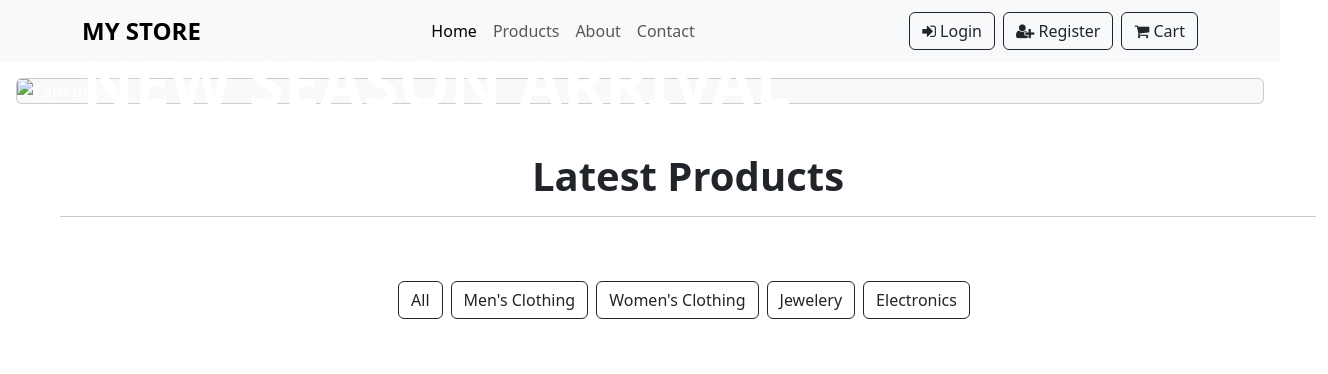
Repository: asad3407886839/E-commerce-Store
Page: /products (app in vite-project/)
The author's editor kept a copy of each file at every save. The page is drawn from the files as they stood at one save, then again after the next save.
The browser window is 1280 px wide. The page is 1328 px wide, then 1280 px, so the pictures cover 1328 px, including what lies to the right of the window. The pictures show the whole page.
The page's requests for data from a server got no answer. The project was rebuilt for these pictures with package versions that can differ from the ones it lists, and the page was loaded fresh each time. No one was signed in, and anything a server would have sent is missing. Also part of the build but not shown: vite-project/vite.config.js, vite-project/src/index.css.

Above is the page before, as saved 2024-06-29 19:49:02.

### vite-project/src/main.jsx
import React from 'react';
import ReactDOM from 'react-dom/client';
import App from './App.jsx';
import './index.css';
import 'bootstrap/dist/css/bootstrap.min.css';
import 'bootstrap/dist/js/bootstrap.bundle';
import 'font-awesome/css/font-awesome.min.css';

ReactDOM.createRoot(document.getElementById('root')).render(

    <App />
);

### vite-project/src/App.jsx
import React from 'react';
import Navbar from './components/Navbar';
import Home from './components/Home';
import Products from './components/Products';
// import { BrowserRouter, Routes, Route } from 'react-router-dom';

const App = () => {
  return (
    <div>
      <Navbar />
      <Home />
      <Products />
    </div>
  );
};

export default App;

### vite-project/src/components/Navbar.jsx
import React from 'react';

const Navbar = () => {
  return (
    <div>
      <nav className="navbar navbar-expand-lg navbar-light bg-light">
        <div className="container">
          <a className="navbar-brand fw-bold fs-4" href="/">MY STORE</a>
          <button
            className="navbar-toggler"
            type="button"
            data-bs-toggle="collapse"
            data-bs-target="#navbarSupportedContent"
            aria-controls="navbarSupportedContent"
            aria-expanded="false"
            aria-label="Toggle navigation"
          >
            <span className="navbar-toggler-icon"></span>
          </button>
          <div className="collapse navbar-collapse" id="navbarSupportedContent">
            <ul className="navbar-nav mx-auto mb-2 mb-lg-0">
              <li className="nav-item">
                <a className="nav-link active" aria-current="page" href="/">Home</a>
              </li>
              <li className="nav-item">
                <a className="nav-link" href="/products">Products</a>
              </li>
              <li className="nav-item">
                <a className="nav-link" href="/about">About</a>
              </li>
              <li className="nav-item">
                <a className="nav-link" href="/contact">Contact</a>
              </li>
            </ul>
            <div className="buttons">
              <a href="/login" className="btn btn-outline-dark">
                <i className="fa fa-sign-in"></i> Login
              </a>
              <a href="/register" className="btn btn-outline-dark ms-2">
                <i className="fa fa-user-plus"></i> Register
              </a>
              <a href="/cart" className="btn btn-outline-dark ms-2">
                <i className="fa fa-shopping-cart"></i> Cart
              </a>
            </div>
          </div>
        </div>
      </nav>
    </div>
  );
};

export default Navbar;

### vite-project/src/components/Home.jsx
import React from 'react';

const Home = () => {
  return (
    <div className="hero">
       <div className="card text-white bg-light position-relative m-3" >
       <img
          src="https://avatars.mds.yandex.net/i?id=39f40d791f1f7c86e921481b05da4f674ca95710-12803937-images-thumbs&n=13"
          className="card-img"
          alt="Card Image"
          style={{ maxHeight: '650px', width: 'auto' }}
        />
        <div className="card-img-overlay d-flex align-items-center justify-content-start">
          <div className="container text-start">
            <h5 className="card-title display-3 fw-bold mb-0 text-white">NEW SEASON ARRIVAL</h5>
            <p className="card-text text-uppercase text-white">Check Out All Trends</p>
          </div>
        </div>
      </div>
    </div>
  );
};

export default Home;

### vite-project/src/components/Products.jsx
import React, { useState, useEffect } from 'react';

const Products = () => {
  const [data, setData] = useState([]);
  const [loading, setLoading] = useState(false);

  useEffect(() => {
    let componentMounted = true;
    const fetchProducts = async () => {
      setLoading(true);
      try {
        const response = await fetch('https://fakestoreapi.com/products');
        const result = await response.json();
        if (componentMounted) {
          setData(result);
          setLoading(false);
        }
      } catch (error) {
        console.error("Error fetching data:", error);
        setLoading(false);
      }
    };

    fetchProducts();

    return () => {
      componentMounted = false;
    };
  }, []);

  if (loading) {
    return <div>Loading...</div>;
  }

  const showProducts = () => {
    return (
      <>
        <div className="buttons d-flex justify-content-center mb-5 pb-5">
          <button className="btn btn-outline-dark me-2" onClick={() => setData(data)}>All</button>
          <button className="btn btn-outline-dark me-2" onClick={() => setData(data.filter(product => product.category === "men's clothing"))}>Men's Clothing</button>
          <button className="btn btn-outline-dark me-2" onClick={() => setData(data.filter(product => product.category === "women's clothing"))}>Women's Clothing</button>
          <button className="btn btn-outline-dark me-2" onClick={() => setData(data.filter(product => product.category === 'jewelery'))}>Jewelery</button>
          <button className="btn btn-outline-dark me-2" onClick={() => setData(data.filter(product => product.category === 'electronics'))}>Electronics</button>
        </div>
        <div className="row row-cols-1 row-cols-md-3 g-3">
          {data.map((product) => (
            <div key={product.id} className="col-12 col-md-3 mb-4">
              <div className="card text-center p-3">
                <img
                  src={product.image}
                  className="card-img-top"
                  alt={product.title}
                  height="250px"
                />
                <div className="card-body">
                  <h5 className="card-title">{product.title}</h5>
                  <p className="card-text lead fw-bold">${product.price}</p>
                  <a href="#" className="btn btn-outline-dark">
                    Buy Now
                  </a>
                </div>
              </div>
            </div>
          ))}
        </div>
      </>
    );
  };

  return (
    <div className="container-fluid m-5">
      <div className="row">
        <div className="col-12 mb-5">
          <h1 className="display-6 fw-bolder text-center">Latest Products</h1>
          <hr />
        </div>
      </div>
      <div className="row justify-content-center">
        {showProducts()}
      </div>
    </div>
  );
};

export default Products;

Loaded but not shown: vite-project/index.html (common file)

After the next save:
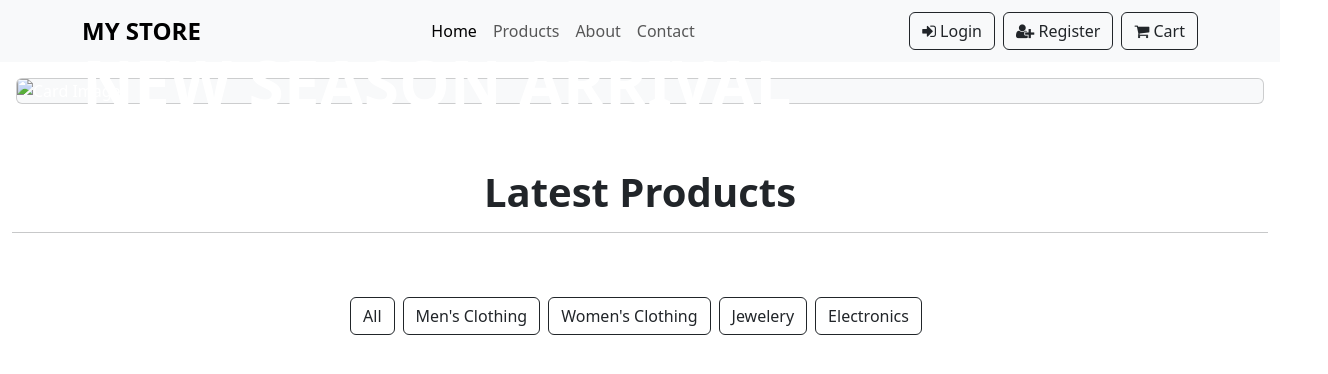
Saved 16 s later.
--- a/vite-project/src/components/Products.jsx
+++ b/vite-project/src/components/Products.jsx
@@ -68,7 +68,7 @@ const Products = () => {
   };
 
   return (
-    <div className="container-fluid m-5">
+    <div className="container-fluid my-15 py-5">
       <div className="row">
         <div className="col-12 mb-5">
           <h1 className="display-6 fw-bolder text-center">Latest Products</h1>
